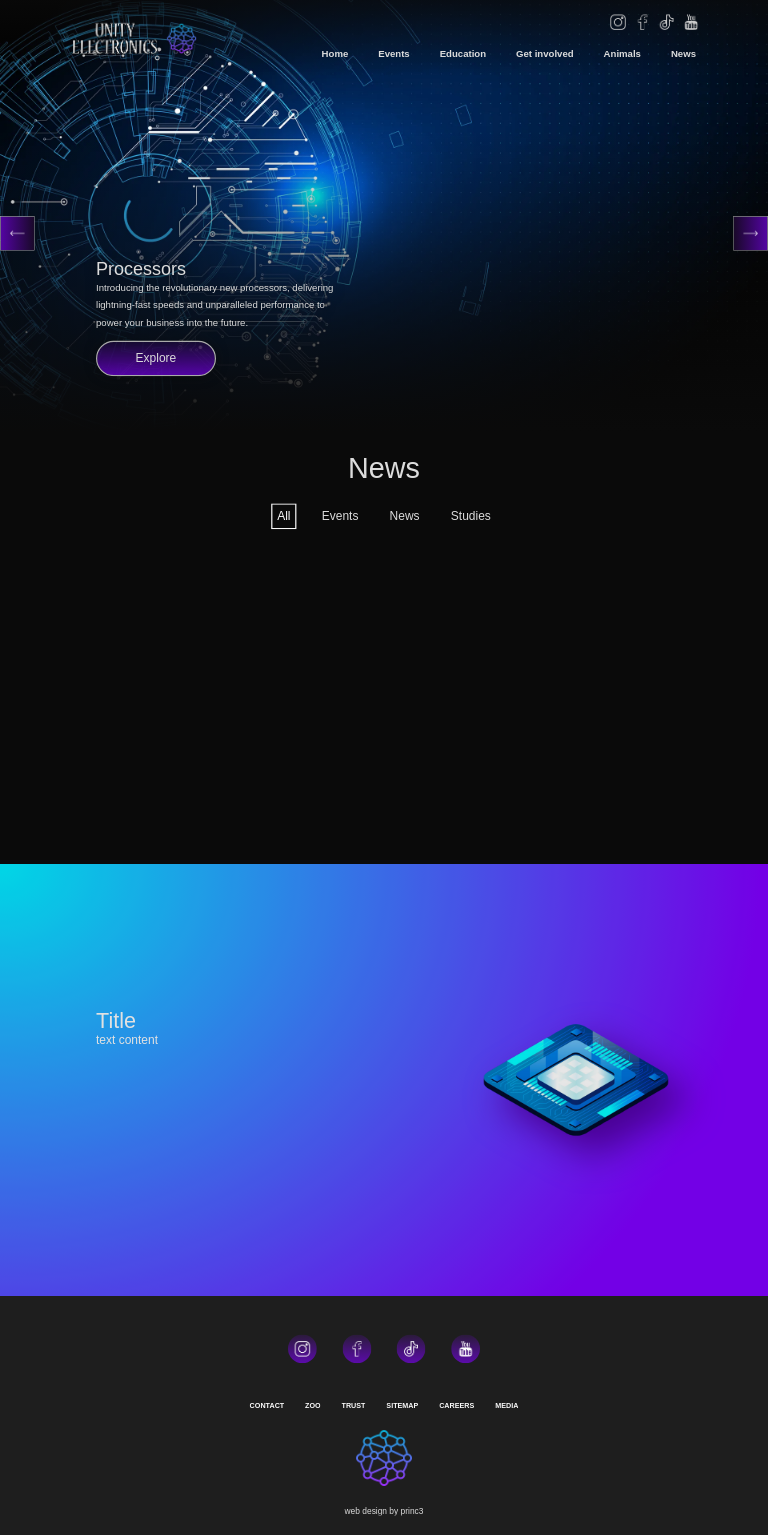
Repository: princ3-web/five
Page: /
The author's editor kept a copy of each file at every save. The page is drawn from the files as they stood at one save, then again after a run of saves.
The browser window is 1280 px wide. The pictures show the whole page, at 60% of full size.
The project was rebuilt for these pictures with package versions that can differ from the ones it lists, and the page was loaded fresh each time. Also part of the build but not shown: src/css/subpage.module.css, src/pages/Events.jsx, src/pages/Education.jsx, src/pages/Membership.jsx, src/pages/Animals.jsx, src/pages/News.jsx, src/pages/Support.jsx.

Above is the page before, as saved 2023-05-08 18:54:55.

### src/App.jsx
import React, { useState } from "react";
import { Routes, Route } from "react-router-dom";
import app from "./css/app.module.css";
import Navbar from "./components/Navbar.jsx";
import Bottombar from "./components/Bottombar.jsx";
import Main from "./pages/Main.jsx";
import Events from "./pages/Events.jsx";
import Education from "./pages/Education.jsx";
import Membership from "./pages/Membership.jsx";
import Animals from "./pages/Animals.jsx";
import News from "./pages/News.jsx";
import Support from "./pages/Support.jsx";
import Scrolltotop from "./components/Scrolltotop";

function App() {
  return (
    <div className={app.app}>
      <Navbar />
      <Routes>
        <Route path="/" element={<Main />} exact />
        <Route path="/Events" element={<Events />} exact />
        <Route path="/Education" element={<Education />} exact />
        <Route path="/Membership" element={<Membership />} exact />
        <Route path="/Animals" element={<Animals />} exact />
        <Route path="/News" element={<News />} exact />
        <Route path="/Support" element={<Support />} exact />
      </Routes>
      <Bottombar />
      <Scrolltotop />
    </div>
  );
}

export default App;

### src/css/app.module.css
:root {
    --thin: 200;
    --regular: 400;
    --bold: 600;
    --font-12: 12px;
    --font-14: 14px;
    --font-16: 16px;
    --font-20: 20px;
    --font-24: 24px;
    --font-30: 30px;
    --font-36: 36px;
    --font-48: 48px;
    --dark: rgb(10, 10, 10);
    --dark-transp-100: rgb(0, 0, 0, 0.5);
    --gray-transp-200: rgba(100, 100, 100, 0.5);
    --gray-transp-300: rgba(100, 100, 100, 0.25);
    --gray-50: rgb(30, 30, 30);
    --gray-100: rgb(60, 60, 60);
    --gray-150: rgb(100, 100, 100);
    --gray-200: rgb(170, 170, 170);
    --gray-300: rgb(220, 220, 220);
    --gray-400: rgb(240, 240, 240);
    --light: rgb(250, 250, 250);
    --light-transp: rgb(255, 255, 255, 0.2);
    --blue-200: rgb(0, 78, 162);
    --blue-300: rgb(0, 123, 255);
    --teal-300: rgb(0, 238, 255);
    --violet-200: rgb(81, 0, 162);
    --violet-300: rgb(128, 0, 255);
    --transp: rgba(0, 0, 0, 0);
}

@import url('https://fonts.googleapis.com/css2?family=Raleway&display=swap');


html > div {
    display: none;
  }

  * {
    overflow-x: hidden;
    padding: 0;
    margin: 0;
    font-family: 'Raleway', sans-serif;
    user-select: none;
  }

  .app{
    background-color: var(--dark);
    height: fit-content;
  }

  .section{
    display: flex;
    flex-direction: column;
    min-height: 100vh;
  }

### src/components/Navbar.jsx
import React, { useState } from "react";
import navbar from "../css/navbar.module.css";
import logo from "../assets/icons/logo_sub.png";
import hamburger from "../assets/icons/hamburger.png";
import cross from "../assets/icons/cross.png";
import { Link } from "react-router-dom";
import instagram from "../assets/icons/instagram.png";
import facebook from "../assets/icons/facebook.png";
import tiktok from "../assets/icons/tiktok.png";
import youtube from "../assets/icons/youtube.png";

const Navbar = () => {
  const navbarButtons = [
    {
      name: "Home",
      menu: false,
      items: [],
      link: "/",
    },
    {
      name: "Events",
      menu: true,
      items: [
        "Plan Your Day",
        "What's On",
        "Membership",
        "Vet Hospital",
        "Education",
        "Zoo Map",
      ],
      link: "/Events",
    },
    {
      name: "Education",
      menu: true,
      items: [
        "Read for Adventure",
        "Educational Field Trips",
        "Self-Guided Field Trips",
        "Nature Explorers Preschool",
        "Schools Out Day Camps",
        "Spring Break Camp",
        "Summer Camps",
        "After Hours",
        "Conservation Club",
      ],
      link: "/Education",
    },
    {
      name: "Get involved",
      menu: true,
      items: [
        "What We Do",
        "What You Can Do",
        "Work at the Zoo",
        "Volunteer",
        "Sponsorship",
        "Conservation",
      ],
      link: "/Membership",
    },
    {
      name: "Animals",
      menu: false,
      items: [],
      link: "/Animals",
    },
    {
      name: "News",
      menu: false,
      items: [],
      link: "/News",
    },
  ];

  const socials = [instagram, facebook, tiktok, youtube];

  const [mobileMenu, toggleMobileMenu] = useState(false);

  return (
    <>
      <div className={navbar.navbar}>
        <Link className={navbar.link} to={"/"}>
          <img className={navbar.logo} src={logo} alt="" />
        </Link>
        <div className={navbar.navbarContent}>
          <div className={navbar.navbarTopIcons}>
            {socials.map((item, n) => (
              <img className={navbar.navbarTopIcon} src={item} alt="" key={n} />
            ))}
          </div>
          <div className={navbar.navbarButtons}>
            {navbarButtons.map((item, n) => (
              <div
                style={{
                  display: "block",
                  overflow: "visible",
                }}
                key={n}
              >
                <div className={navbar.navbarButton}>
                  <Link
                    to={item.link}
                    style={{
                      textDecoration: "none",
                      color: "unset",
                    }}
                  >
                    {item.name}
                  </Link>
                </div>

                {item.items.length > 0 && (
                  <>
                    <div className={navbar.navbarButtonDropdown}>
                      {item.items.map((i, n) => (
                        <Link
                          className={navbar.navbarButtonDropdownItem}
                          key={n}
                          to={item.link}
                        >
                          {i}
                        </Link>
                      ))}
                    </div>
                  </>
                )}
              </div>
            ))}
          </div>
        </div>
        <img
          className={navbar.mobileButton}
          src={mobileMenu === true ? cross : hamburger}
          onClick={() =>
            mobileMenu === true ? toggleMobileMenu(false) : toggleMobileMenu(true)
          }
          alt=""
        />
        <div
          className={[navbar.mobileMenu, mobileMenu ? navbar.mobileMenuShow : ""].join(
            " "
          )}
        >
          {navbarButtons.map((item) => (
            <Link to={item.link} className={navbar.mobileMenuItem}>
              <div onClick={() => toggleMobileMenu(false)}>{item.name}</div>
            </Link>
          ))}
        </div>
      </div>
    </>
  );
};

export default Navbar;

### src/components/Bottombar.jsx
import React from "react";
import bottombar from "../css/bottombar.module.css";
import logobw from "../assets/icons/logo.png";
import instagram from "../assets/icons/instagram.png";
import facebook from "../assets/icons/facebook.png";
import tiktok from "../assets/icons/tiktok.png";
import youtube from "../assets/icons/youtube.png";
import navbar from "../css/navbar.module.css";
import { Link } from "react-router-dom";

const Bottombar = () => {
  const socials = [instagram, facebook, tiktok, youtube];
  const links = ["CONTACT", "ZOO", "TRUST", "SITEMAP", "CAREERS", "MEDIA"];

  return (
    <>
      <div className={bottombar.bottomBar}>
        <div className={bottombar.socials}>
          {socials.map((item, n) => (
            <img className={bottombar.socialButton} src={item} alt="" key={n} />
          ))}
        </div>
        <div className={bottombar.links}>
          {links.map((item, n) => (
            <div className={bottombar.link} key={n}>
              {item}
            </div>
          ))}
        </div>
        <Link className={navbar.link} to={"/"}>
        <img className={bottombar.logo} src={logobw} alt="" onClick={() => window.scrollTo(0, 0)} />
        </Link>
        <div className={bottombar.signature}>web design by princ3</div>
      </div>
    </>
  );
};

export default Bottombar;

### src/pages/Main.jsx
import React, { useState, useEffect } from "react";
import app from "../css/app.module.css";
import Imagescroller from "../components/Imagescroller";
import Newspicker from "../components/Newspicker";
import Objectscroller from "../components/Objectscroller";

const Main = () => {
  return (
    <>
      <div className={app.section}>
        <Imagescroller />
      </div>

      <div className={app.section}>
        <Newspicker />
      </div>
      <div className={app.section}>
        <Objectscroller />
      </div>
    </>
  );
};

export default Main;

### src/components/Scrolltotop.jsx
import React from 'react';
import { useLocation } from 'react-router-dom';
import { useEffect } from 'react';

const Scrolltotop = () => {
    const { pathname } = useLocation();

    useEffect(() => {
      window.scrollTo(0, 0);
    }, [pathname]);
  }

export default Scrolltotop;

### src/css/navbar.module.css
.navbar {
  position: absolute;
  display: flex;
  flex-direction: row;
  justify-content: space-between;
  align-items: center;
  z-index: 5;
  width: 100%;
  padding-inline: 7rem;
  height: 8rem;
  font-size: var(--font-16);
  overflow: visible;
  box-sizing: border-box;
  background: linear-gradient(var(--dark) -30%, var(--transp) 100%);
}

.navbarContent {
  height: 100%;
  display: flex;
  flex-direction: column;
  justify-content: space-evenly;
}

.navbarTopIcons {
  display: flex;
  flex-direction: row;
  justify-content: space-between;
  width: 12vw;
  margin-left: auto;
  margin-right: 0;
}

.navbarTopIcon {
  width: 2rem;
  filter: brightness(0.8);
}

.navbarTopIcon:hover {
  filter: brightness(1);
  cursor: pointer;
}

.navbarButtons {
  display: flex;
  flex-direction: row;
  justify-content: space-between;
  width: 50vw;
  margin-left: auto;
  margin-right: 0;
}

.navbarButton {
  color: var(--gray-300);
  padding: 0.5rem;
  font-weight: var(--bold);
  cursor: pointer;
  transition: 0.2s;
}

.navbarButton:hover {
  color: var(--gray-400);
  cursor: pointer;
}

.dropdownBackground {
  background-color: black;
  width: 100%;
  height: 15rem;
}

.navbarButtonDropdown {
  visibility: hidden;
  z-index: 3;
  position: absolute;
  margin-left: -25px;
  padding-inline: 1.5rem;
  padding-block: 0.5rem;
  cursor: pointer;
  line-height: 2rem;
  filter: opacity(0);
  transition: 0.35s;
  background: linear-gradient(135deg, var(--dark-transp-100), var(--violet-200));
}

.navbarButton:hover ~ .navbarButtonDropdown {
  visibility: visible;
  filter: opacity(1);
}

.navbarButtonDropdown:hover {
  visibility: visible;
  filter: opacity(1);

}

.navbarButtonDropdownItem {
  color: var(--gray-300);
  display: block;
  transition: 0.2s;
  text-decoration: none;
}

.navbarButtonDropdownItem:hover {
  color: var(--light);
}

.navbarTopButton {
  height: fit-content;
  padding: 0.5rem;
  font-weight: var(--regular);
  cursor: pointer;
}

.logo {
  position: relative;
  display: block;
  height: 40%;
  object-fit: contain;
  z-index: 1;
  filter: drop-shadow(1px 1px 1px var(--dark));
}

.link {
  height: 100%;
  overflow: hidden;
  display: flex;
  align-items: center;
}

.mobileButton {
  display: none;
}

.mobileMenu {
  display: none;
}

@media screen and (max-width: 480px) {
  .navbar {
    height: 5rem;
    padding-inline: 0.5rem;
  }

  .navbarTopButtons {
    display: none;
  }
  .navbarButtons {
    display: none;
  }

  .logo {
    height: 70%;
  }

  .mobileButton {
    display: block;
    height: 50%;
    margin-right: 0.5rem;
    z-index: 1;
  }

  .mobileMenu {
    position: absolute;
    display: block;
    box-sizing: border-box;
    top: 5rem;
    left: 100vw;
    width: 100vw;
    height: 100vh;
    text-align: center;
    background-size: 20rem;
    background-color: var(--green-400);
    transition: 0.2s;
  }

  .mobileMenuShow {
    left: 0;
  }

  .mobileMenuItem {
    color: var(--light);
    font-size: var(--font-20);
    line-height: 4rem;
    text-decoration: none;
  }
}

### src/css/bottombar.module.css
.bottomBar {
  position: relative;
  display: flex;
  flex-direction: column;
  align-items: center;
  width: 100%;
  background-color: var(--gray-50);
  padding-bottom: 2rem;
}

.socials {
  position: relative;
  width: 25%;
  margin: auto;
  left: 0;
  right: 0;
  margin-top: 4rem;
  display: flex;
  flex-direction: row;
  justify-content: space-between;
}

.socialButton {
  width: 2rem;
  padding: 0.5rem;
  background-color: var(--violet-200);
  background: linear-gradient(180deg, var(--transp), var(--violet-300));
  background-size: 100% 200%;
  background-position: 100% 25%;
  transition: 0.5s;
  border-radius: 2rem;
  cursor: pointer;
}

.socialButton:hover {
  background-position: 100% 100%;

}

.links {
  position: relative;
  width: 35%;
  font-size: var(--font-12);
  margin: auto;
  left: 0;
  right: 0;
  margin-top: 4rem;
  display: flex;
  flex-direction: row;
  justify-content: space-between;
}

.link {
  color: var(--light);
  font-weight: var(--bold);
  cursor: pointer;
}

.link:hover {
  color: var(--gray-200);
}

.logo {
  position: relative;
  width: 6rem;
  padding-top: 2rem;
  padding-bottom: 2rem;
  cursor: pointer;
  transition: 0.2s;
}

.logo:hover {
  filter: brightness(0.8);
}

.signature {
  color: var(--gray-300);
  font-size: var(--font-14);
  font-weight: var(--thin);
}

@media screen and (max-width: 480px) {
  .socials {
    width: 90%;
  }

  .links {
    display: flex;
    flex-wrap: wrap;
    width: 90%;
    justify-content: space-between;
  }

  .link {
    width: 30%;
    height: 3rem;
    text-align: center;
  }
}

### src/components/Imagescroller.jsx
import React, { useEffect, useState } from "react";
import imagescroller from "../css/imagescroller.module.css";

const Imagescroller = () => {
  const [selectedBackground, toggleSelectedBackground] = useState(0);

  useEffect(() => {
    const intervalId = setInterval(() => {
      selectedBackground < 2
        ? toggleSelectedBackground((state) => state + 1)
        : toggleSelectedBackground(0);
    }, 6000);

    return () => {
      clearInterval(intervalId);
    };
  }, [selectedBackground]);

  const backgrounds = [0, 1, 2];
  const backgroundsText = [
    {
      title: "Processors",
      text: "Introducing the revolutionary new processors, delivering lightning-fast speeds and unparalleled performance to power your business into the future.",
    },
    {
      title: "New Techs",
      text: "Unlock the full potential of your industry with cutting-edge technologies designed to increase efficiency, productivity, and profitability.",
    },
    {
      title: "GPUs",
      text: "Experience unprecedented gaming performance and immerse yourself in stunningly realistic graphics with our new ground-breaking graphics cards.",
    },
  ];

  return (
    <div>
      <div className={imagescroller.imageScroller}>
        {backgrounds.map((item, n) => (
          <img
            className={[
              imagescroller.image,
              selectedBackground !== n ? imagescroller.imageFade : "",
            ].join(" ")}
            src={require("../assets/images/background" + n + ".webp")}
            alt=""
          />
        ))}

        <img
          className={imagescroller.arrow}
          onClick={() =>
            selectedBackground > 0
              ? toggleSelectedBackground((state) => state - 1)
              : toggleSelectedBackground(backgrounds.length - 1)
          }
          style={{ left: "0", rotate: "180deg", translateY: "-50%" }}
          src={require("../assets/icons/arrow.png")}
          alt=""
        />
        <img
          className={imagescroller.arrow}
          onClick={() =>
            selectedBackground < backgrounds.length - 1
              ? toggleSelectedBackground((state) => state + 1)
              : toggleSelectedBackground(0)
          }
          style={{ right: "0", rotate: "0deg", translateY: "-50%" }}
          src={require("../assets/icons/arrow.png")}
          alt=""
        />
        <div className={imagescroller.gradient}></div>
      </div>
      <div className={imagescroller.explore}>
        <div className={imagescroller.exploreTitle}>
          {backgroundsText[selectedBackground].title}
        </div>
        <div className={imagescroller.exploreText}>
          {backgroundsText[selectedBackground].text}
        </div>
        <div className={imagescroller.exploreButton}>Explore</div>
      </div>
    </div>
  );
};

export default Imagescroller;

### src/components/Newspicker.jsx
import React, { useState } from "react";
import newspicker from "../css/newspicker.module.css";

const Newspicker = () => {
  const newsButtons = ["All", "Events", "News", "Studies"];
  const [selectedButton, toggleSelectedButton] = useState(0);

  return (
    <div className={newspicker.news}>
      <div
        className={newspicker.newsTitle}
        style={{ textAlign: "center", marginTop: "2rem" }}
      >
        News
      </div>
      <div className={newspicker.newsButtons}>
        {newsButtons.map((item, n) => (
          <div
            className={[
              newspicker.newsButton,
              n === selectedButton && newspicker.newsButtonSelected,
            ].join(" ")}
            onClick={() => toggleSelectedButton(n)}
          >
            {item}
          </div>
        ))}
      </div>
    </div>
  );
};

export default Newspicker;

### src/components/Objectscroller.jsx
import React, { useEffect, useState } from "react";
import objectscroller from "../css/objectscroller.module.css";

const Objectscroller = () => {
  const [scrollPos, setScrollPos] = useState(false);

  // useEffect for setting useState: scrollPos
  useEffect(() => {
    const handleMouseMove = () => {
      setScrollPos(window.scrollY);
    };

    window.addEventListener("scroll", handleMouseMove);
    return () => {
      window.removeEventListener("scroll", handleMouseMove);
    };
  }, []);

  console.log(scrollPos);

  return (
    <div>
      <div className={objectscroller.gradient}>
        <div className={objectscroller.textContainer}>
          <div className={objectscroller.title}>Title</div>
          <div className={objectscroller.text}>text content</div>
        </div>
        <img
          className={objectscroller.image}
          style={{
            translate: "0px " + (- scrollPos / 8 - 0 + "px").toString(),
          }}
          src={require("../assets/images/object1.png")}
          alt=""
        />
      </div>
    </div>
  );
};

export default Objectscroller;

### src/css/imagescroller.module.css
.imageScroller {
  position: absolute;
  height: 100vh;
  width: 100%;
  display: block;
  white-space: nowrap;
  background-color: var(--dark);
}

.image {
  position: absolute;
  z-index: 1;
  width: 100vw;
  height: 100vh;
  object-fit: cover;
  top: 0;
  left: 0;
  padding: 0;
  transition: 1s;
  filter: opacity(1);
}

.imageFade {
  filter: opacity(0);
}

.arrow {
  position: absolute;
  width: 1.5rem;
  z-index: 2;
  top: 50%;
  padding: 1rem;
  border: 1px solid var(--gray-200);
  cursor: pointer;
  background-size: 0% 0%;
  background-color: var(--gray-200);
  background: linear-gradient(90deg, var(--dark) 0%, var(--violet-300));
  background-size: 200% 100%;
  background-position: 25% 100%;
  transition: 0.5s;
}

.arrow:hover {
  background-position: 100% 100%;
}

.gradient {
  position: absolute;
  top: 0;
  width: 100vw;
  height: 100vh;
  background: linear-gradient(var(--transp) 30%, var(--dark) 100%);
  z-index: 1;
}

.explore {
  position: absolute;
  z-index: 3;
  left: 10rem;
  top: 60%;
  width: 25rem;
  filter: drop-shadow(0px 0px 10px var(--dark));

}

.exploreTitle {
  position: relative;
  color: var(--gray-300);
  font-size: var(--font-30);
}

.exploreText {
  position: relative;
  color: var(--gray-300);
  font-size: var(--font-16);
  margin-bottom: 1rem;
  line-height: 1.8rem;
}

.exploreButton {
  position: relative;
  width: fit-content;
  color: var(--gray-300);
  font-size: var(--font-20);
  padding: 1rem;
  padding-inline: 4rem;
  border: 2px solid var(--gray-200);
  border-radius: 2rem;
  background: linear-gradient(180deg, var(--transp), var(--violet-300));
  background-size: 100% 200%;
  background-position: 100% 25%;
  transition: 0.5s;
  cursor: pointer;
}

.exploreButton:hover {
  background-position: 100% 100%;
}

.video {
  position: relative;
  display: flex;
  box-sizing: border-box;
  z-index: 1;
  width: 100%;
  height: 100vh;
  object-fit: cover;
  padding: 0;
  border-top: 0.25rem solid var(--green-500);
}

@media screen and (max-width: 480px) {
  .video {
    width: 100%;
    margin: unset;
  }
}

### src/css/newspicker.module.css
.news{
    display: flex;
    flex-direction: column;
  }

  .newsTitle {
    font-size: var(--font-48);
    color: var(--gray-300);
    margin-bottom: 2rem;
  }

  .newsButtons{
    display: flex;
    flex-direction: row;
    justify-content: center;
    align-self: center;
    width: 50%;
  }

  .newsButton {
    color: var(--gray-300);
    font-size: var(--font-20);
    border: 2px solid var(--transp);
    margin-inline: 1rem;
    padding: 0.5rem;
    cursor: pointer;
    transition: 0.5s;
  }

  .newsButtonSelected{
    border: 2px solid var(--light);
    color: var(--light);
  }

### src/css/objectscroller.module.css
.image {
  position: absolute;
  top: 50%;
  transform: translateY(-50%);
  right: 10rem;
  width: 20rem;
  filter: drop-shadow(30px 30px 30px var(--violet-200));
}

.textContainer {
  color: var(--light);
  position: absolute;
  left: 10rem;
  top: 15rem;
  margin: auto;
}

.title {
  font-size: var(--font-36);
}

.text {
  font-size: var(--font-20);
}

.gradient {
  width: 100vw;
  height: 100vh;
  background: radial-gradient(at left top, var(--teal-300) 0%, var(--violet-300) 70%);
  background-size: 100% 150%;
  filter: brightness(0.9);
}

Loaded but not shown: public/index.html (common file); src/index.js (common file); src/index.css (common file); src/reportWebVitals.js (common file)

After the next 2 saves:
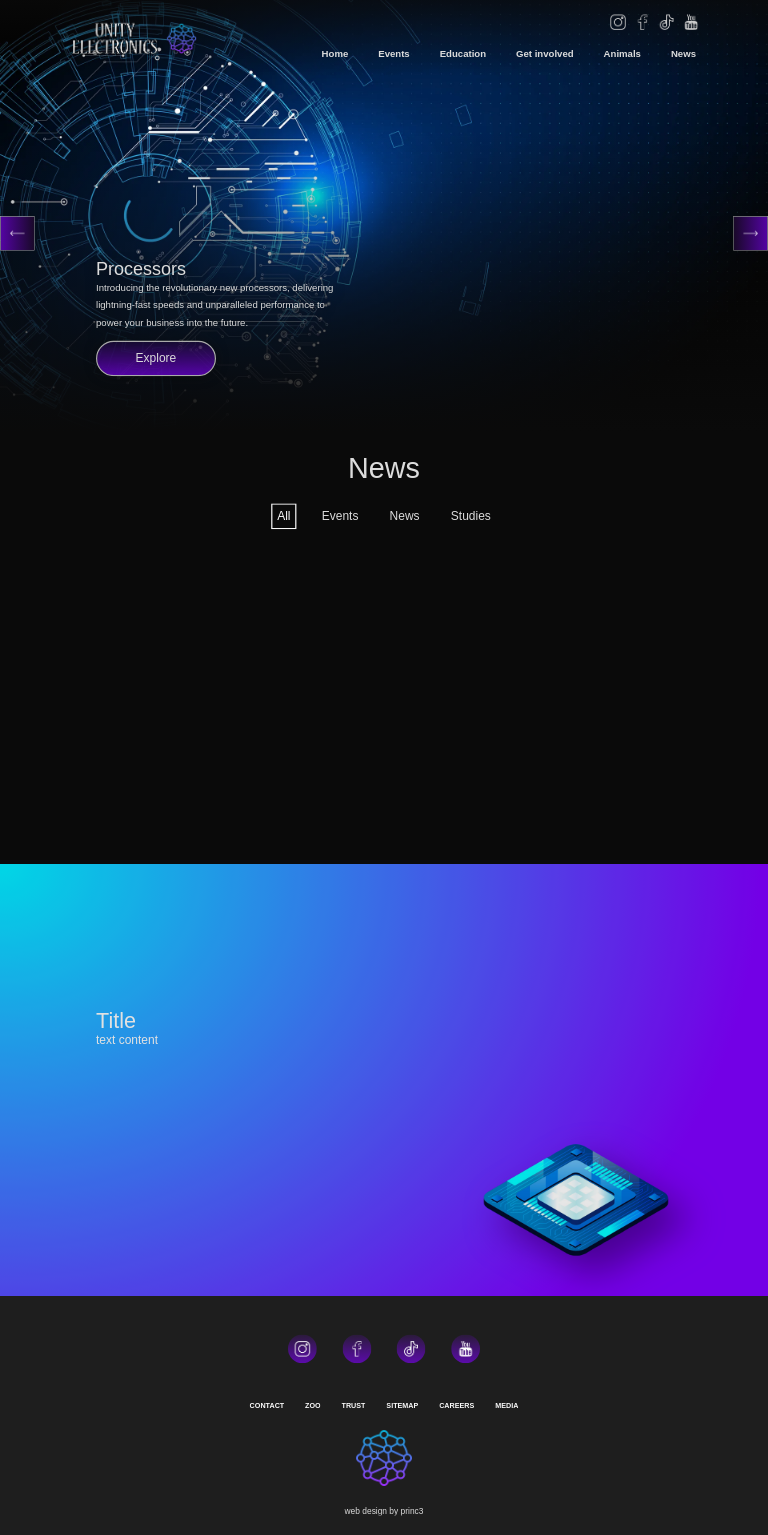
The 2 saves are shown as one change because they came seconds apart.
The last was saved 8 s later.
--- a/src/components/Objectscroller.jsx
+++ b/src/components/Objectscroller.jsx
@@ -28,7 +28,7 @@ const Objectscroller = () => {
         <img
           className={objectscroller.image}
           style={{
-            translate: "0px " + (- scrollPos / 8 - 0 + "px").toString(),
+            translate: "0px " + (- scrollPos / 8 + 200 + "px").toString(),
           }}
           src={require("../assets/images/object1.png")}
           alt=""
